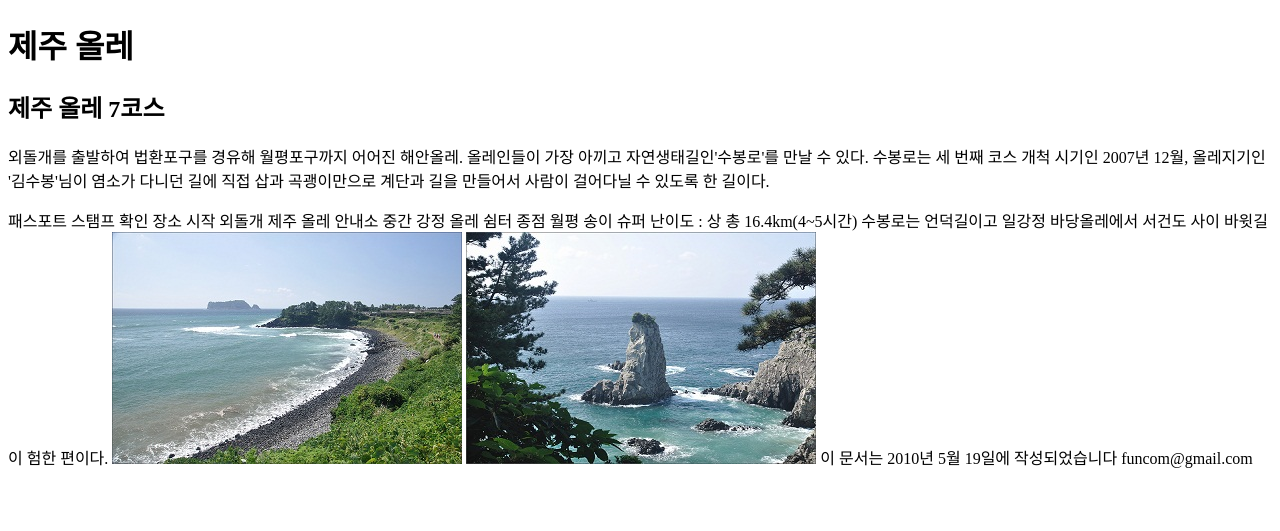
Repository: angelSuho/KCC_Learning_Repo
Page: Html/WebContent/sample02.html
The author's editor kept a copy of each file at every save. The page is drawn from the files as they stood at one save, then again after the next save.
The browser window is 1280 px wide. The pictures show the whole page.

Above is the page before, as saved 2024-07-08 07:07:24.

After the next save:
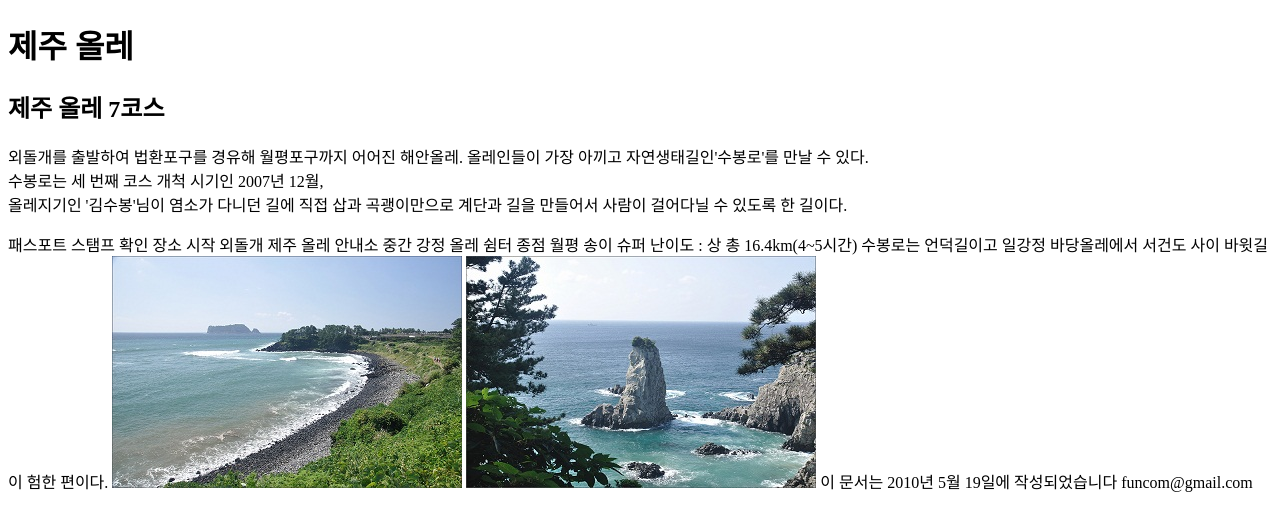
Saved 29 s later.
--- a/Html/WebContent/sample02.html
+++ b/Html/WebContent/sample02.html
@@ -8,8 +8,8 @@
 	<header>
 		<h1>제주 올레</h1>
 		<h2>제주 올레 7코스</h2>
-		<p>외돌개를 출발하여 법환포구를 경유해 월평포구까지 어어진 해안올레. 올레인들이 가장 아끼고 자연생태길인'수봉로'를 만날 수 있다.
-		수봉로는 세 번째 코스 개척 시기인 2007년 12월,
+		<p>외돌개를 출발하여 법환포구를 경유해 월평포구까지 어어진 해안올레. 올레인들이 가장 아끼고 자연생태길인'수봉로'를 만날 수 있다.<br/>
+		수봉로는 세 번째 코스 개척 시기인 2007년 12월,<br/>
 		올레지기인 '김수봉'님이 염소가 다니던 길에 직접 삽과 곡괭이만으로 계단과 길을 만들어서 사람이 걸어다닐 수 있도록 한 길이다.</p>
 	</header>
 
